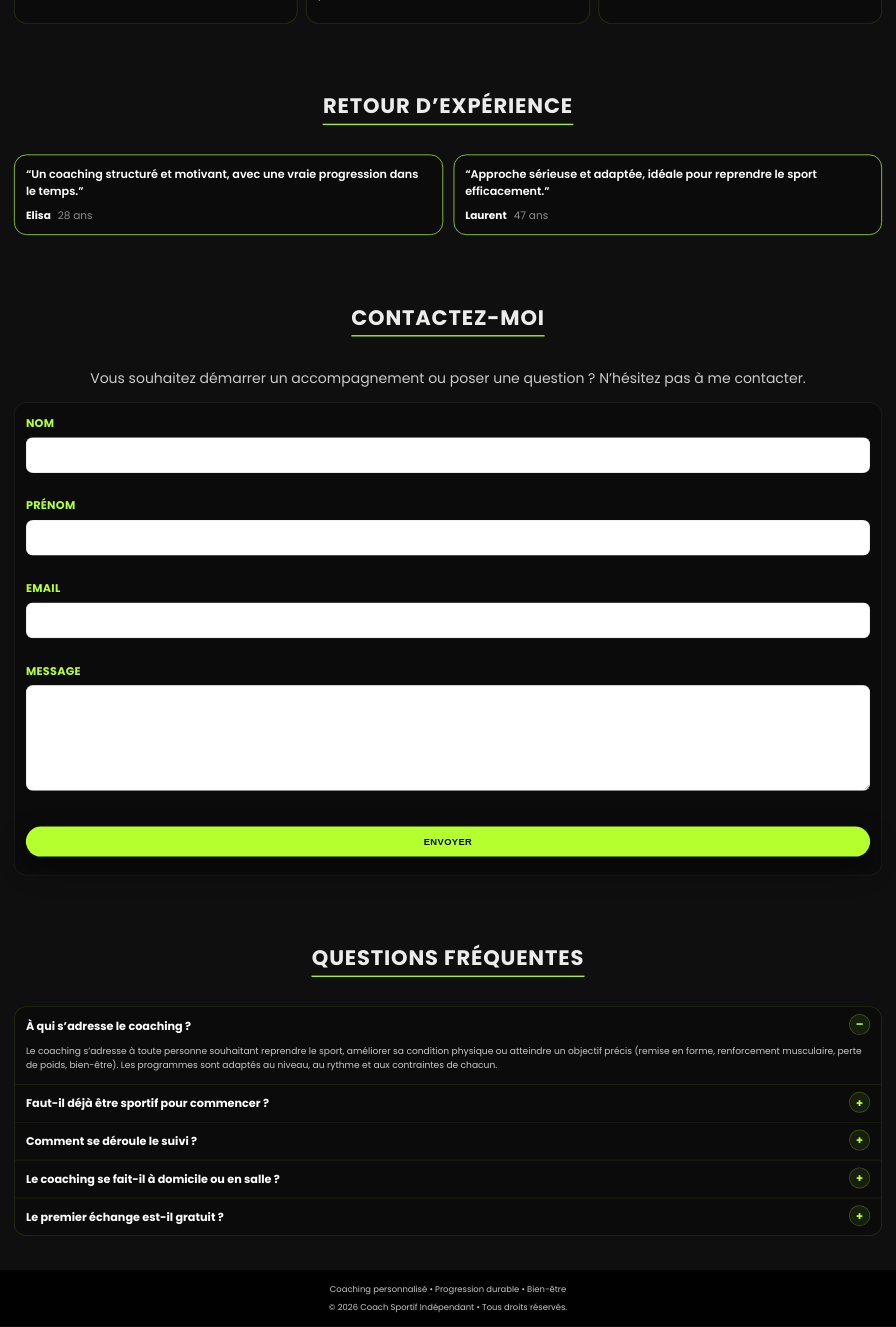
Repository: ThomasHdrd/CoachFitness
Page: index.html
An editor plug-in stored every save of this project. The page is shown before and after the next save, followed by the edit.
The browser window is 1280 px wide. The pictures show the part of the page from y = 1334 to 3254 px (the page is 3229 px tall before and 3254 px after), at 70% of full size.

Above is the page before, as saved 2026-01-20 23:01:17.

### index.html
<!doctype html>
<html lang="fr">
<head>
  <meta charset="utf-8" />
  <meta name="viewport" content="width=device-width, initial-scale=1" />
  <title>Coach Fitness — Landing Page</title>

  <!-- Poppins -->
  <link rel="preconnect" href="https://fonts.googleapis.com">
  <link rel="preconnect" href="https://fonts.gstatic.com" crossorigin>
  <link href="https://fonts.googleapis.com/css2?family=Poppins:wght@300;400;500;600;700;800&display=swap" rel="stylesheet">

  <link rel="stylesheet" href="styles.css" />
</head>
<body>
  <!-- Header -->
  <header class="site-header" id="top">
    <div class="container header-inner">
      <a class="brand" href="#top" aria-label="Retour en haut">
        <span class="brand-dot" aria-hidden="true"></span>
        <span class="brand-text">Coach Fitness</span>
      </a>

      <button class="nav-toggle" aria-controls="site-nav" aria-expanded="false">
        <span class="sr-only">Ouvrir le menu</span>
        <span class="burger" aria-hidden="true"></span>
      </button>

      <nav class="site-nav" id="site-nav" aria-label="Navigation principale">
        <a class="nav-link" href="#accueil">Accueil</a>
        <a class="nav-link" href="#apropos">A propos</a>
        <a class="nav-link" href="#services">Services</a>
        <a class="nav-link" href="#avis">Avis</a>
        <a class="nav-link nav-cta" href="#contact">Contact</a>
      </nav>
    </div>
  </header>

  <main>
    <!-- HERO -->
    <section class="hero" id="accueil">
      <div class="hero-overlay" aria-hidden="true"></div>
      <div class="container hero-content">
        <p class="hero-kicker">Coaching sportif personnalisé</p>
        <h1 class="hero-title accent">Atteignez vos objectifs. Progressez durablement</h1>
        <p class="hero-subtitle">
          Un accompagnement sportif sur mesure, adapté à votre niveau et à votre rythme
        </p>
        <a class="btn btn-primary" href="#contact">RÉSERVER VITE VOTRE BILAN GRATUIT</a>
      </div>
    </section>

    <!-- A PROPOS -->
    <section class="section" id="apropos">
      <div class="container">
        <div class="section-title-wrapper">
            <h2 class="section-title">À propos de moi</h2>
        </div>
        <h3 class="section-lead accent">Un coaching basé sur l’écoute et la progression</h3>

        <div class="about-grid">
          <div class="about-text">
            <p class="muted">
              Coach sportif spécialisé en remise en forme et renforcement musculaire, j’accompagne des personnes aux profils variés
              avec une approche personnalisée.
            </p>
            <p class="muted">
              Chaque programme est conçu pour s’adapter au niveau, aux objectifs et au rythme de chacun.
            </p>
          </div>
        </div>
        <div class="about-list">
            <ul class="checks">
                <li>Programmes personnalisés</li>
                <li>Approche progressive</li>
                <li>Suivi régulier</li>
            </ul>
        </div>
      </div>
    </section>

    <!-- SERVICES -->
    <section class="section" id="services">
      <div class="container">
        <div class="section-title-wrapper">
            <h2 class="section-title">Mes services</h2>
        </div>

        <div class="cards">
          <article class="card">
            <h3 class="card-title accent">COACHING INDIVIDUEL</h3>
            <p class="card-text">Des séances adaptées à votre niveau et à vos objectifs personnels</p>
          </article>

          <article class="card">
            <h3 class="card-title accent">COACHING À DOMICILE</h3>
            <p class="card-text">Entraînez-vous dans votre environnement, sans contrainte de déplacement</p>
          </article>

          <article class="card">
            <h3 class="card-title accent">SUIVI PERSONNALISÉ</h3>
            <p class="card-text">Ajustements réguliers et accompagnement pour progresser durablement</p>
          </article>
        </div>

        <div class="method">
          <h3 class="method-title">Une méthode simple et efficace</h3>

          <div class="method-steps">
            <div class="step">
              <div class="step-num accent">1. ANALYSE</div>
              <p class="muted">Évaluation de votre niveau, de vos objectifs et de vos contraintes.</p>
            </div>
            <div class="step">
              <div class="step-num accent">2. PROGRAMME</div>
              <p class="muted">Mise en place d’un plan d’entraînement personnalisé.</p>
            </div>
            <div class="step">
              <div class="step-num accent">3. SUIVI</div>
              <p class="muted">Ajustements réguliers pour assurer des résultats durables.</p>
            </div>
          </div>
        </div>
      </div>
    </section>

    <!-- AVIS -->
    <section class="section" id="avis">
      <div class="container">
        <div class="section-title-wrapper">
            <h2 class="section-title">RETOUR D’EXPÉRIENCE</h2>
        </div>

        <div class="testimonials">
          <figure class="testimonial">
            <blockquote>
              “Un coaching structuré et motivant, avec une vraie progression dans le temps.”
            </blockquote>
            <figcaption>
              <span class="name">Elisa</span>
              <span class="meta">28 ans</span>
            </figcaption>
          </figure>

          <figure class="testimonial">
            <blockquote>
              “Approche sérieuse et adaptée, idéale pour reprendre le sport efficacement.”
            </blockquote>
            <figcaption>
              <span class="name">Laurent</span>
              <span class="meta">47 ans</span>
            </figcaption>
          </figure>
        </div>
      </div>
    </section>

    <!-- CONTACT -->
    <section class="section" id="contact">
      <div class="container">
        <div class="section-title-wrapper">
            <h2 class="section-title">CONTACTEZ-MOI</h2>
        </div>
        <p class="contact-text">
          Vous souhaitez démarrer un accompagnement ou poser une question ? N’hésitez pas à me contacter.
        </p>

        <form class="form" id="contactForm" novalidate>
          <div class="field">
            <label for="nom">Nom</label>
            <input id="nom" name="nom" type="text" autocomplete="family-name" required />
            <small class="error" data-error-for="nom"></small>
          </div>

          <div class="field">
            <label for="prenom">Prénom</label>
            <input id="prenom" name="prenom" type="text" autocomplete="given-name" required />
            <small class="error" data-error-for="prenom"></small>
          </div>

          <div class="field">
            <label for="email">Email</label>
            <input id="email" name="email" type="email" autocomplete="email" required />
            <small class="error" data-error-for="email"></small>
          </div>

          <div class="field">
            <label for="message">Message</label>
            <textarea id="message" name="message" rows="5" required></textarea>
            <small class="error" data-error-for="message"></small>
          </div>

          <button class="btn btn-primary btn-wide" type="submit">ENVOYER</button>
          <p class="form-note muted" id="formStatus" role="status" aria-live="polite"></p>
        </form>
      </div>
    </section>

    <!-- FAQ -->
    <section class="section" id="faq">
      <div class="container">
        <div class="section-title-wrapper">
            <h2 class="section-title">QUESTIONS FRÉQUENTES</h2>
        </div>

        <div class="faq">
          <details class="faq-item" open>
            <summary>À qui s’adresse le coaching ?</summary>
            <div class="faq-body muted">
              Le coaching s’adresse à toute personne souhaitant reprendre le sport, améliorer sa condition physique ou atteindre un objectif précis
              (remise en forme, renforcement musculaire, perte de poids, bien-être). Les programmes sont adaptés au niveau, au rythme et aux contraintes de chacun.
            </div>
          </details>

          <details class="faq-item">
            <summary>Faut-il déjà être sportif pour commencer ?</summary>
            <div class="faq-body muted">
              Non. Le coaching s’adapte à votre niveau actuel. La progression est construite étape par étape, avec une intensité ajustée.
            </div>
          </details>

          <details class="faq-item">
            <summary>Comment se déroule le suivi ?</summary>
            <div class="faq-body muted">
              Après une analyse de votre situation, un programme personnalisé est mis en place puis ajusté régulièrement selon vos retours et votre progression.
            </div>
          </details>

          <details class="faq-item">
            <summary>Le coaching se fait-il à domicile ou en salle ?</summary>
            <div class="faq-body muted">
              Les deux sont possibles. Le format dépend de vos préférences, de votre matériel et de vos contraintes de planning.
            </div>
          </details>

          <details class="faq-item">
            <summary>Le premier échange est-il gratuit ?</summary>
            <div class="faq-body muted">
              Oui. Le premier échange permet de comprendre votre besoin et de déterminer l’accompagnement le plus adapté, sans engagement.
            </div>
          </details>
        </div>
      </div>
    </section>
  </main>

  <!-- Footer -->
  <footer class="site-footer">
    <div class="container footer-inner">
      <p class="footer-tag muted">Coaching personnalisé • Progression durable • Bien-être</p>
      <p class="footer-copy muted">© 2026 Coach Sportif Indépendant • Tous droits réservés.</p>
    </div>
  </footer>

  <script src="app.js" defer></script>
</body>
</html>

### styles.css
:root{
  --bg: #0F0F0F;            /* demandé */
  --bar: rgba(0,0,0,.90);   /* header/footer */
  --accent: #B6FF2E;        /* demandé */
  --text: #FFFFFF;
  --muted: rgba(255,255,255,.78);
  --muted2: rgba(255,255,255,.62);
  --line: rgba(182,255,46,.38);
  --card: rgba(255,255,255,.04);
  --shadow: 0 16px 40px rgba(0,0,0,.45);
  --radius: 14px;
  --radius-lg: 18px;
  --max: 1300px;
}

*{ box-sizing: border-box; }
html{ scroll-behavior: smooth; }
body{
  margin:0;
  font-family: "Poppins", system-ui, -apple-system, Segoe UI, Roboto, Arial, sans-serif;
  background: var(--bg);
  color: var(--text);
}

.container{
  width:min(100% - 40px, var(--max));
  margin-inline:auto;
}

.sr-only{
  position:absolute;
  width:1px;height:1px;
  padding:0;margin:-1px;
  overflow:hidden;clip:rect(0,0,0,0);
  white-space:nowrap;border:0;
}

/* Header */
.site-header{
  position: sticky;
  top: 0;
  z-index: 50;
  background: var(--bar);
  backdrop-filter: blur(8px);
  border-bottom: 1px solid rgba(255,255,255,.06);
}

.header-inner{
  height: 64px;
  display:flex;
  align-items:center;
  justify-content:space-between;
  gap: 14px;
}

.brand{
  display:flex;
  align-items:center;
  gap:10px;
  text-decoration:none;
  color: var(--text);
  font-weight: 700;
  letter-spacing:.3px;
}
.brand-dot{
  width:10px;height:10px;
  border-radius:999px;
  background: var(--accent);
  box-shadow: 0 0 0 6px rgba(182,255,46,.12);
}
.brand-text{ font-size: 14px; opacity:.95; }

.site-nav{
  display:flex;
  align-items:center;
  gap: 18px;
}
.nav-link{
  color: var(--text);
  text-decoration:none;
  font-size: 13px;
  opacity: .88;
  transition: opacity .2s ease, color .2s ease;
  padding: 10px 6px;
}
.nav-link:hover{ opacity:1; color: var(--accent); }

.nav-cta{
  border: 1px solid rgba(182,255,46,.45);
  border-radius: 999px;
  padding: 10px 14px;
}
.nav-cta:hover{
  background: rgba(182,255,46,.10);
}

/* Mobile nav */
.nav-toggle{
  display:none;
  border:0;
  background: transparent;
  color: var(--text);
  padding: 10px;
  border-radius: 10px;
}
.nav-toggle:hover{ background: rgba(255,255,255,.06); }
.burger{
  width: 22px; height: 2px;
  display:block;
  background: var(--text);
  position: relative;
}
.burger::before,.burger::after{
  content:"";
  position:absolute;
  left:0;
  width:22px;height:2px;
  background: var(--text);
}
.burger::before{ top:-7px; }
.burger::after{ top:7px; }

/* Hero */
.hero{
  position: relative;
  min-height: 50vh;
  display:flex;
  align-items:center;
  padding: 52px 0;
  background:
    linear-gradient(180deg, rgba(0,0,0,.55), rgba(0,0,0,.88)),
    url("assets/hero.jpg") center/cover no-repeat;
  background-position: center 30%;
}
.hero-overlay{
  position:absolute;
  inset:0;
  background: radial-gradient(1200px 600px at 50% 25%, rgba(182,255,46,.10), transparent 60%);
  pointer-events:none;
}
.hero-content{
  position:relative;
  text-align:center;
}
.hero-kicker{
  margin:0 0 10px;
  font-size: 50px;
  letter-spacing: .6px;
  text-transform: uppercase;
  font-weight: bold;
}
.hero-title{
  margin: 0 auto;
  margin:0 0 10px;
}
.hero-title {
  font-size: 35px;
  display:block;
  color: var(--accent);
  font-weight: 800;
  text-transform:none;
  margin-top: 8px;
}
.hero-subtitle{
  margin: 16px auto 22px;
  padding-top: 30px;
  color: var(--muted);
  font-size: 22px;
  line-height: 1.55;
  padding-bottom: 30px;
}

/* Buttons */
.btn{
  display:inline-flex;
  align-items:center;
  justify-content:center;
  gap:10px;
  text-decoration:none;
  border: 0;
  cursor:pointer;
  font-weight: 700;
  letter-spacing: .6px;
  text-transform: uppercase;
  border-radius: 999px;
  padding: 14px 18px;
  box-shadow: var(--shadow);
}
.btn-primary{
  background: var(--accent);
  color: #0A0A0A;
  width: 70%;
}
.btn-primary:hover{
  background: transparent;
  border: 1px solid var(--accent);
  color: var(--accent);
  filter: brightness(.95);
}
.btn-wide{ width: 100%; margin-top: 10px; }

/* Sections */
.section{
  padding: 48px 0;
}
#apropos
{
  padding-bottom: 20px;
}

.section-title {
  text-align: justify;
  align-items: center;
  margin: 0 0 14px;
  font-size: 30px;
  letter-spacing: 1.2px;
  text-transform: uppercase;
  opacity: .92;
  padding-bottom: 10px;
  display: inline-block; /* Le titre prend uniquement la largeur du texte */
}

.section-title::after {
  content: "";
  display: block;
  width: 100%; /* La barre fait la largeur du texte */
  height: 2px;
  background-color: var(--accent);
  margin-top: 2px;
}

/* Conteneur pour centrer le titre inline-block */
.section-title-wrapper {
  text-align: center;
}
.section-lead{
  text-align:center;
  margin: 0 0 22px;
  font-size: 25px;
  font-weight: 700;
}
.accent{ color: var(--accent);}
.muted{ color: var(--muted); font-size: 15px;}
.muted2{ color: var(--muted2); }

/* About */
.about-grid{
  gap: 18px;
  align-items:start;
}
.about-text{
  background: rgba(255,255,255,.02);
  border: 1px solid rgba(255,255,255,.06);
  border-radius: var(--radius-lg);
  padding: 18px;
  margin-bottom: 30px;
}
.about-text p{ margin: 0 0 10px; }
.about-text p:last-child{ margin-bottom: 0; }

.checks{
  list-style: none;
  margin: 0;
  padding: 16px 18px;
  border-radius: var(--radius-lg);
  border: 1px solid rgba(182,255,46,.20);
  background: rgba(182,255,46,.06);
  display: flex;
  flex-wrap: wrap;
  gap: 20%;
  justify-content: space-around;
  align-items: center;
}
.checks li{
  position: relative;
  padding-left: 30px;
  margin: 10px 0;
  font-weight: 600;
}
.checks li::before{
  content:"";
  position:absolute;
  left:0; top: 6px;
  width: 16px; height: 10px;
  border-left: 2px solid var(--accent);
  border-bottom: 2px solid var(--accent);
  transform: rotate(-45deg);
}

/* Cards */
.cards{
  display:grid;
  gap: 14px;
  margin-top: 18px;
}
.card{
  background: rgba(255,255,255,.02);
  border: 1px solid rgba(255,255,255,.10);
  border-radius: var(--radius-lg);
  padding: 16px 16px 14px;
  box-shadow: 0 14px 34px rgba(0,0,0,.35);
}
.card-title{
  margin:0 0 6px;
  font-size: 20px;
  text-align: center;
  font-weight: 800;
  text-transform: uppercase;
  letter-spacing: .8px;
}
.card-text{
  margin:0;
  color: var(--muted);
  font-size: 15px;
  line-height: 1.55;
}

/* Method */
.method{
  margin-top: 26px;
  padding-top: 12px;
}
.method-title{
  text-align:center;
  margin: 0 0 14px;
  font-size: 20px;
  font-weight: 700;
  opacity: .95;
}
.method-steps{
  display:grid;
  gap: 12px;
}
.step{
  border: 1px solid rgba(182,255,46,.18);
  background: rgba(0,0,0,.25);
  border-radius: var(--radius-lg);
  padding: 14px 16px;
}
.step-num{
  font-weight: 800;
  letter-spacing: .6px;
  text-transform: uppercase;
  font-size: 20px;
  margin-bottom: 6px;
}

/* Testimonials */
.testimonials{
  display:grid;
  gap: 15px;
  margin-top: 18px;
}
.testimonial{
  margin:0;
  border: 1px solid #B6FF2E;
  background: rgba(0,0,0,.25);
  border-radius: var(--radius-lg);
  padding: 16px;
}
.testimonial blockquote{
  margin:0 0 10px;
  color: var(--text);
  font-weight: 600;
  line-height: 1.5;
}
.testimonial figcaption{
  display:flex;
  gap: 10px;
  align-items:baseline;
  color: var(--muted2);
  font-size: 15px;
}
.testimonial .name{ color: var(--text); font-weight: 700; }
.testimonial .meta{ opacity:.85; }

/* Form */
.contact-text{
  text-align: center;
  color: var(--muted);
  font-size: 20px;
}

.form{
  margin-top: 18px;
  border-radius: var(--radius-lg);
  border: 1px solid rgba(255,255,255,.08);
  background: rgba(0,0,0,.25);
  padding: 16px;
}
.field{ margin-bottom: 12px; }
label{
  display:block;
  font-size: 16px;
  font-weight: 700;
  letter-spacing: .4px;
  margin-bottom: 8px;
  color: var(--accent);
  text-transform: uppercase;
}
input, textarea{
  width:100%;
  font-family: inherit;
  font-size: 16px;
  color: #0A0A0A;
  background: #FFFFFF;
  border: 1px solid rgba(0,0,0,.12);
  border-radius: 10px;
  padding: 12px 12px;
  outline: none;
}
textarea{ resize: vertical; min-height: 110px; }
input:focus, textarea:focus{
  box-shadow: 0 0 0 4px rgba(182,255,46,.20);
  border-color: rgba(182,255,46,.55);
}
.error{
  display:block;
  min-height: 16px;
  margin-top: 6px;
  font-size: 12px;
  color: #FF6B6B;
}
.form-note{
  margin: 10px 0 0;
  font-size: 12px;
}

/* FAQ */
.faq{
  margin-top: 18px;
  border-radius: var(--radius-lg);
  overflow:hidden;
  border: 1px solid rgba(182,255,46,.16);
  background: rgba(0,0,0,.25);
}
.faq-item{
  border-top: 1px solid rgba(182,255,46,.12);
}
.faq-item:first-child{ border-top: 0; }
.faq-item summary{
  list-style:none;
  cursor:pointer;
  padding: 14px 16px;
  font-weight: 700;
  font-size: 16px;
  position: relative;
}
.faq-item summary::-webkit-details-marker{ display:none; }
.faq-item summary::after{
  content:"+";
  position:absolute;
  right: 16px;
  top: 10px;
  width: 28px; height: 28px;
  display:grid;
  place-items:center;
  border-radius: 999px;
  color: var(--accent);
  border: 1px solid rgba(182,255,46,.28);
  background: rgba(182,255,46,.08);
}
.faq-item[open] summary::after{ content:"–"; }
.faq-body{
  padding: 0 16px 16px;
  font-size: 13px;
  line-height: 1.6;
}

/* Footer */
.site-footer{
  background: var(--bar);
  border-top: 1px solid rgba(255,255,255,.06);
  padding: 18px 0;
}
.footer-inner{
  text-align:center;
  display:grid;
  gap: 8px;
}
.footer-tag, .footer-copy{
  margin:0;
  font-size: 12px;
}

/* Responsive */
@media (min-width: 820px){
  .hero-content{ text-align:center; }
  .about-grid{
    grid-template-columns: 1.2fr .8fr;
    gap: 18px;
  }
  .cards{
    grid-template-columns: repeat(3, 1fr);
  }
  .method-steps{
    grid-template-columns: repeat(3, 1fr);
  }
  .testimonials{
    grid-template-columns: repeat(2, 1fr);
  }
}

/* Mobile nav behavior */
@media (max-width: 760px){
  .nav-toggle{ display:inline-flex; }
  .site-nav{
    position: fixed;
    inset: 64px 12px auto 12px;
    background: rgba(0,0,0,.95);
    border: 1px solid rgba(255,255,255,.08);
    border-radius: 16px;
    padding: 12px;
    display:none;
    flex-direction: column;
    gap: 6px;
    box-shadow: 0 18px 50px rgba(0,0,0,.6);
  }
  .site-nav.is-open{ display:flex; }
  .nav-link{ width:100%; text-align:center; padding: 12px; }
  .nav-cta{ width:100%; }
}

### app.js
// Mobile menu toggle
const toggle = document.querySelector('.nav-toggle');
const nav = document.querySelector('#site-nav');

if (toggle && nav) {
  toggle.addEventListener('click', () => {
    const isOpen = nav.classList.toggle('is-open');
    toggle.setAttribute('aria-expanded', String(isOpen));
  });

  // Close menu on link click (mobile)
  nav.querySelectorAll('a').forEach(a => {
    a.addEventListener('click', () => {
      nav.classList.remove('is-open');
      toggle.setAttribute('aria-expanded', 'false');
    });
  });

  // Close on ESC
  document.addEventListener('keydown', (e) => {
    if (e.key === 'Escape') {
      nav.classList.remove('is-open');
      toggle.setAttribute('aria-expanded', 'false');
    }
  });
}

// FAQ: allow only one open at a time (optional premium behavior)
const faqItems = document.querySelectorAll('.faq-item');
faqItems.forEach((item) => {
  item.addEventListener('toggle', () => {
    if (item.open) {
      faqItems.forEach((other) => {
        if (other !== item) other.open = false;
      });
    }
  });
});

// Contact form validation (front only, demo)
const form = document.getElementById('contactForm');
const statusEl = document.getElementById('formStatus');

function setError(name, message) {
  const el = document.querySelector(`[data-error-for="${name}"]`);
  if (el) el.textContent = message || '';
}

function isEmail(v) {
  return /^[^\s@]+@[^\s@]+\.[^\s@]+$/.test(v);
}

if (form) {
  form.addEventListener('submit', (e) => {
    e.preventDefault();

    const data = new FormData(form);
    const nom = String(data.get('nom') || '').trim();
    const prenom = String(data.get('prenom') || '').trim();
    const email = String(data.get('email') || '').trim();
    const message = String(data.get('message') || '').trim();

    let ok = true;

    setError('nom', '');
    setError('prenom', '');
    setError('email', '');
    setError('message', '');
    if (statusEl) statusEl.textContent = '';

    if (!nom) { setError('nom', 'Veuillez renseigner votre nom.'); ok = false; }
    if (!prenom) { setError('prenom', 'Veuillez renseigner votre prénom.'); ok = false; }
    if (!email || !isEmail(email)) { setError('email', 'Veuillez renseigner un email valide.'); ok = false; }
    if (!message || message.length < 10) { setError('message', 'Veuillez écrire un message (min. 10 caractères).'); ok = false; }

    if (!ok) return;

    // Demo success
    form.reset();
    if (statusEl) statusEl.textContent = "Message envoyé (démo). Je reviens vers vous au plus vite.";
  });
}

After the next save:
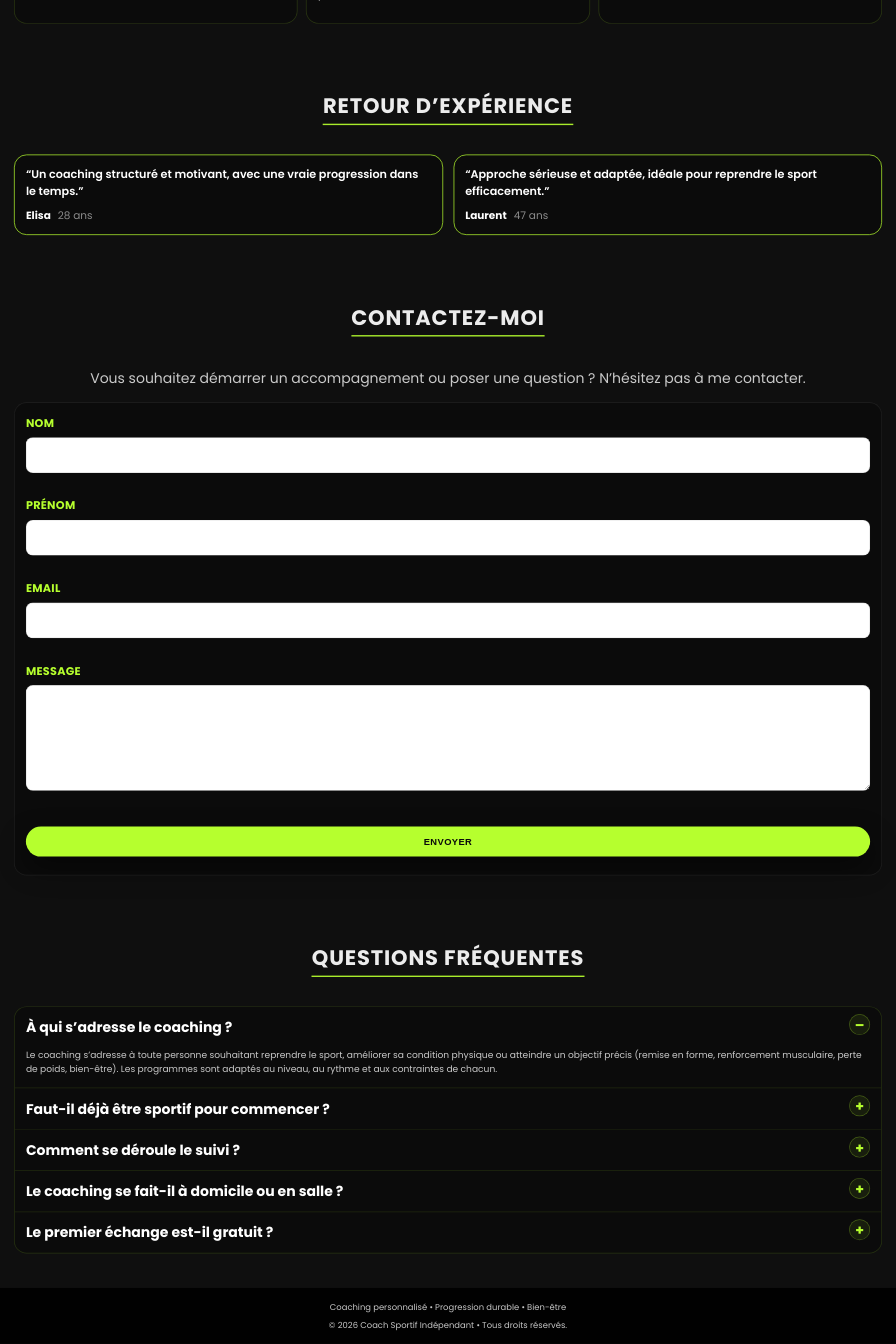
Saved 8 s later.
--- a/styles.css
+++ b/styles.css
@@ -443,7 +443,7 @@ input:focus, textarea:focus{
   cursor:pointer;
   padding: 14px 16px;
   font-weight: 700;
-  font-size: 16px;
+  font-size: 20px;
   position: relative;
 }
 .faq-item summary::-webkit-details-marker{ display:none; }
